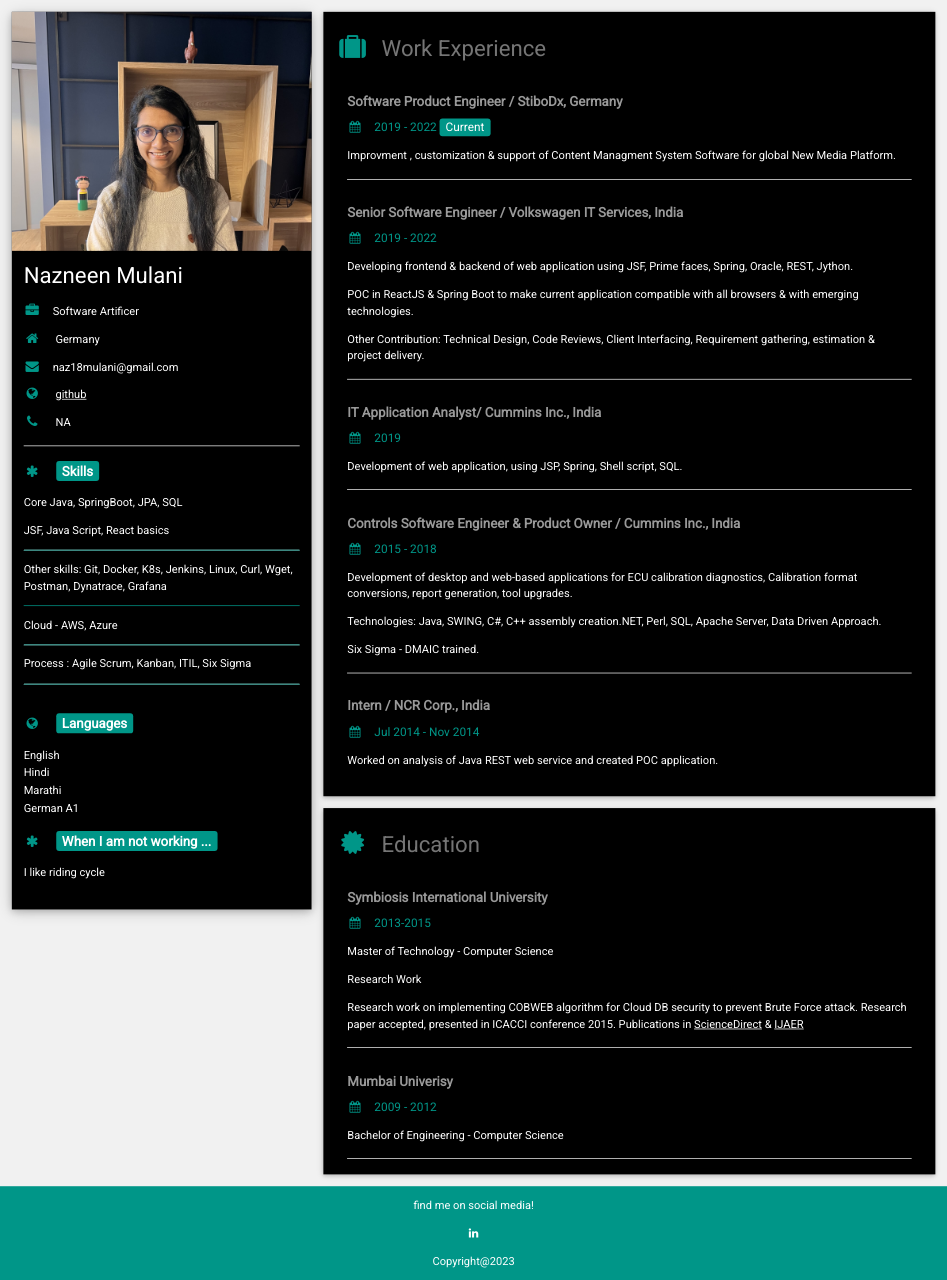
Repository: nazneenprojects/nazneen.github.io
Page: index.html
An editor plug-in stored every save of this project. The page is shown before and after the next save, followed by the edit.
The browser window is 1280 px wide. The pictures show the whole page, at 74% of full size.

Above is the page before, as saved 2023-07-09 11:54:00.

After the next save:
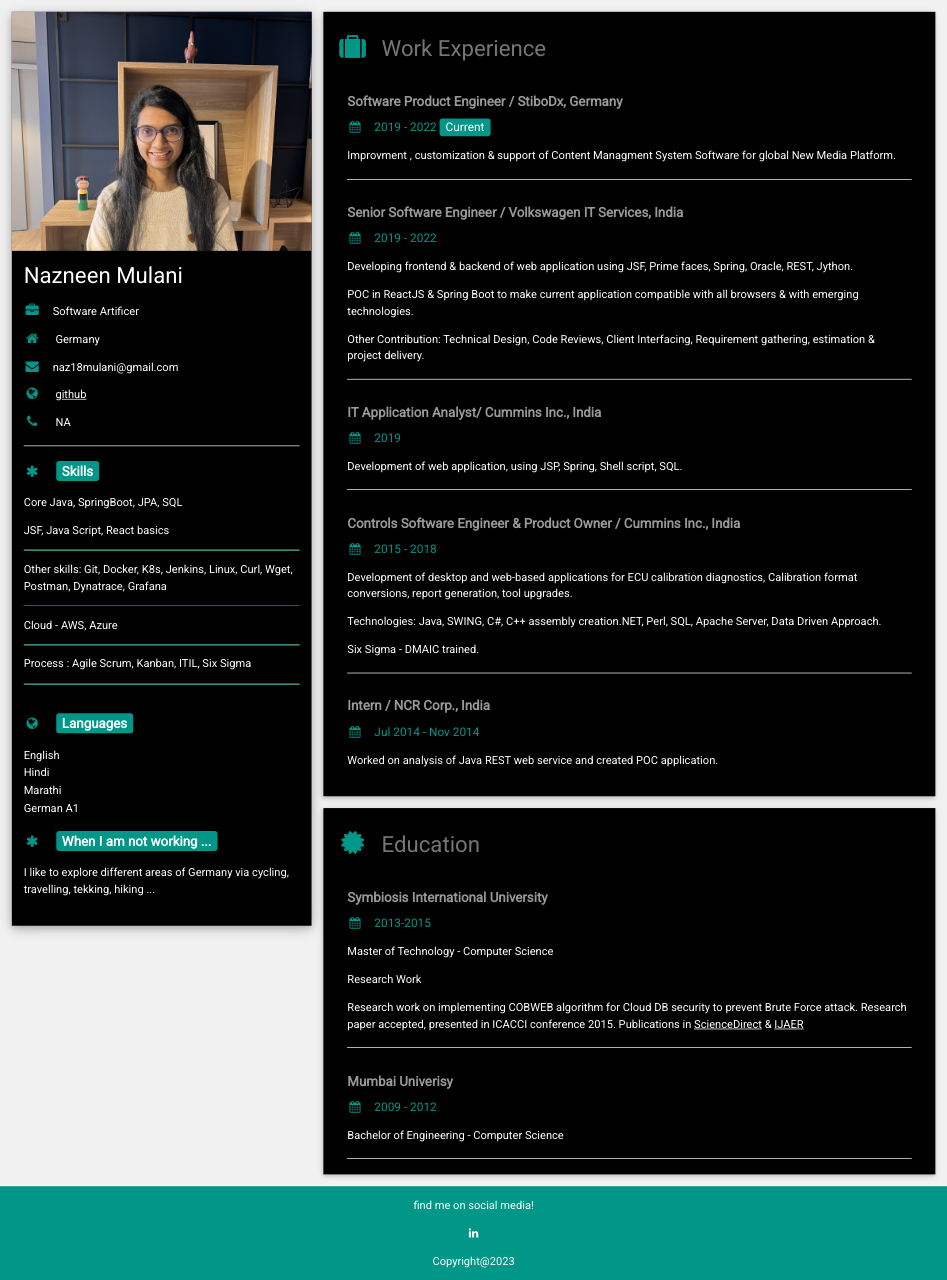
Saved 2 min 28 s later.
--- a/index.html
+++ b/index.html
@@ -81,7 +81,7 @@
           </div>
 
           <p class="w3-large"><b><i class="fa fa-asterisk fa-fw w3-margin-right w3-text-teal"></i> <span class="w3-tag w3-teal w3-round">When I am not working ...</span></b></p>
-          <p>I like riding cycle </p>
+          <p>I like to explore different areas of Germany via cycling, travelling, tekking, hiking ...  </p>
 
           <br>
         </div>
